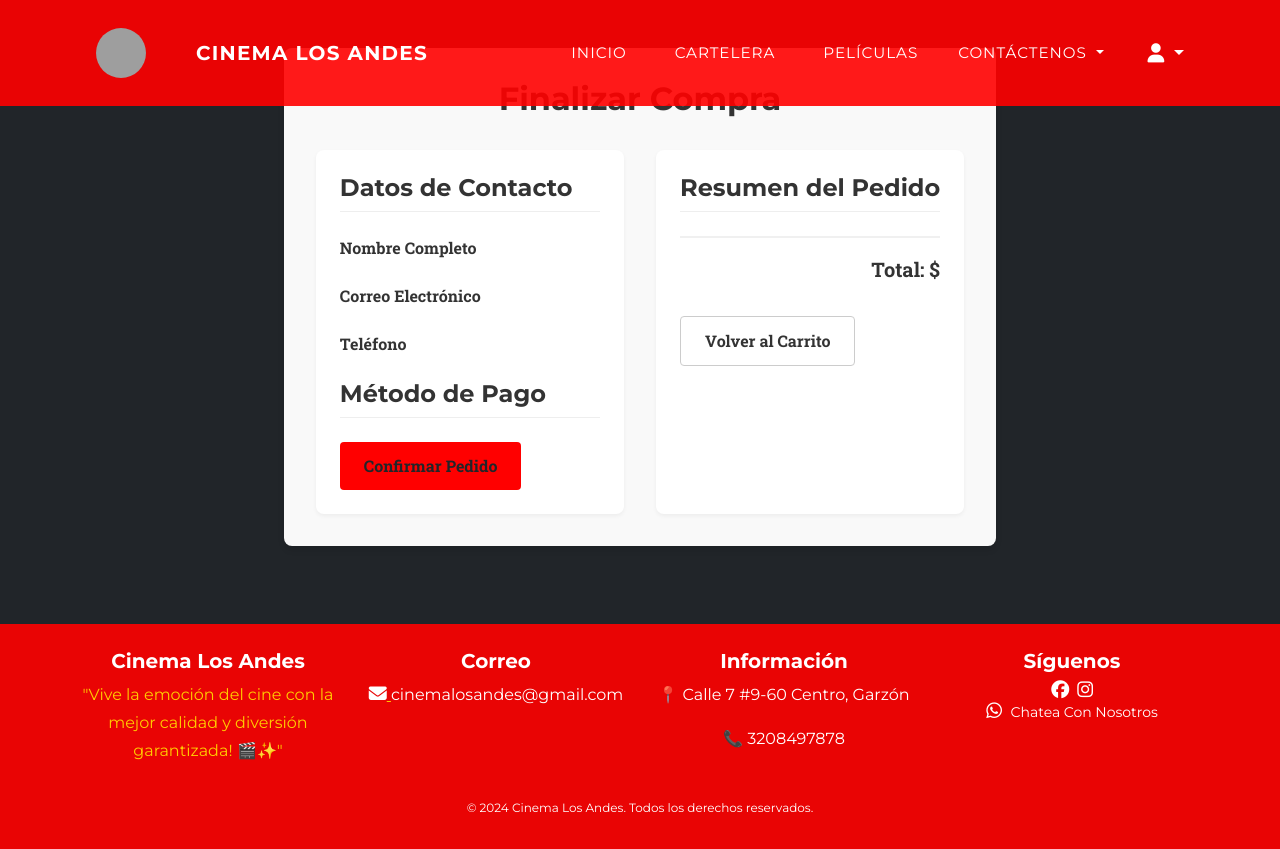
Repository: FelipeADSO/PROYECTO-SENA-FINAL
Page: cinema/templates/finalizar_compra.html
The author's editor kept a copy of each file at every save. The page is drawn from the files as they stood at one save, then again after the next save.
The browser window is 1280 px wide. The pictures show the whole page.
Pictures or frames that could not be fetched are drawn as grey boxes. Some web libraries are served in a nearby version. The template is drawn by Django 5.2. The application's start-up code is not run. The template is opened directly, without the code that normally fills it, so the values that code supplies are empty.

Above is the page before, as saved 2025-03-06 09:28:30.

After the next save:
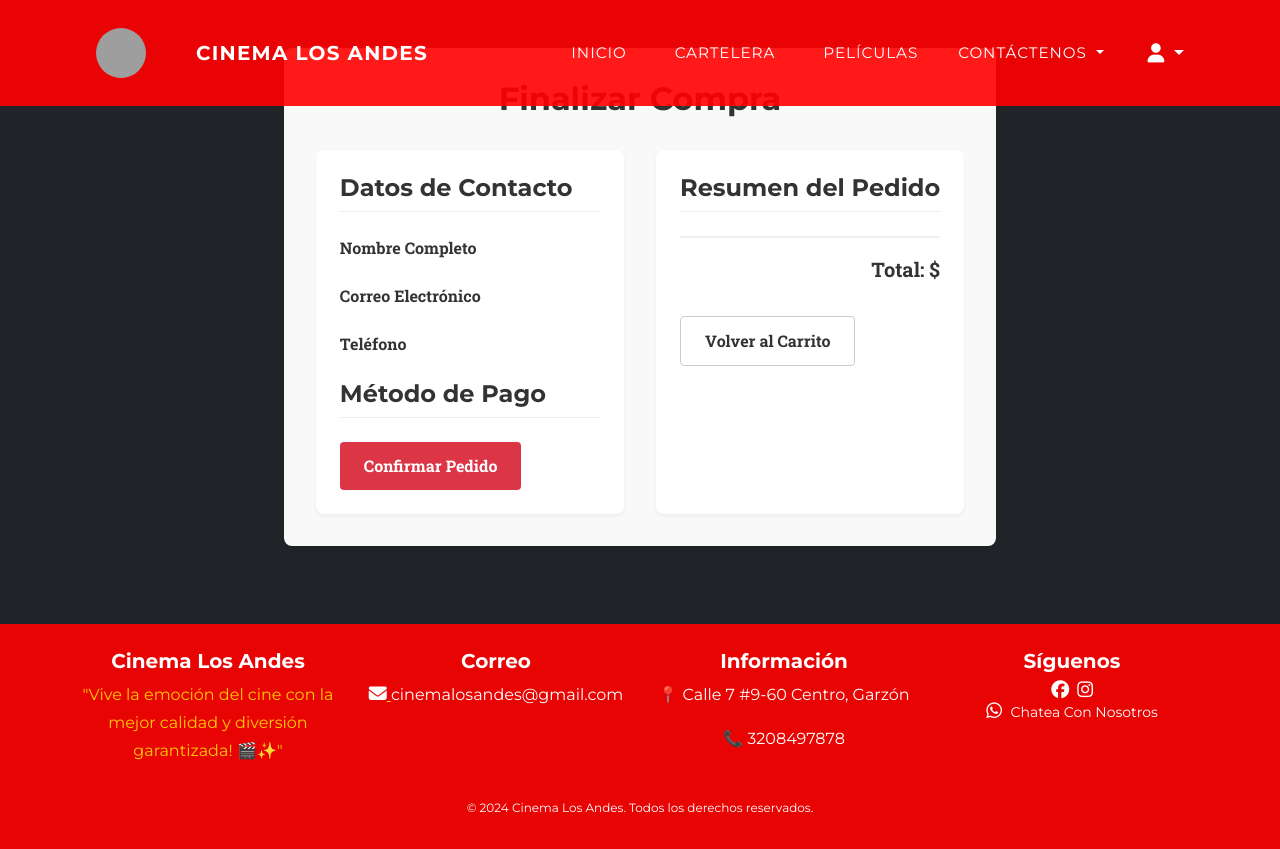
Saved 62 s later.
--- a/cinema/templates/finalizar_compra.html
+++ b/cinema/templates/finalizar_compra.html
@@ -209,7 +209,7 @@
                         {% endif %}
                     </div>
 
-                    <button type="submit" class="btn" style="background-color: red ;">
+                    <button type="submit" class="btn btn-danger">
                         Confirmar Pedido
                     </button>
                 </form>

After the save that followed:
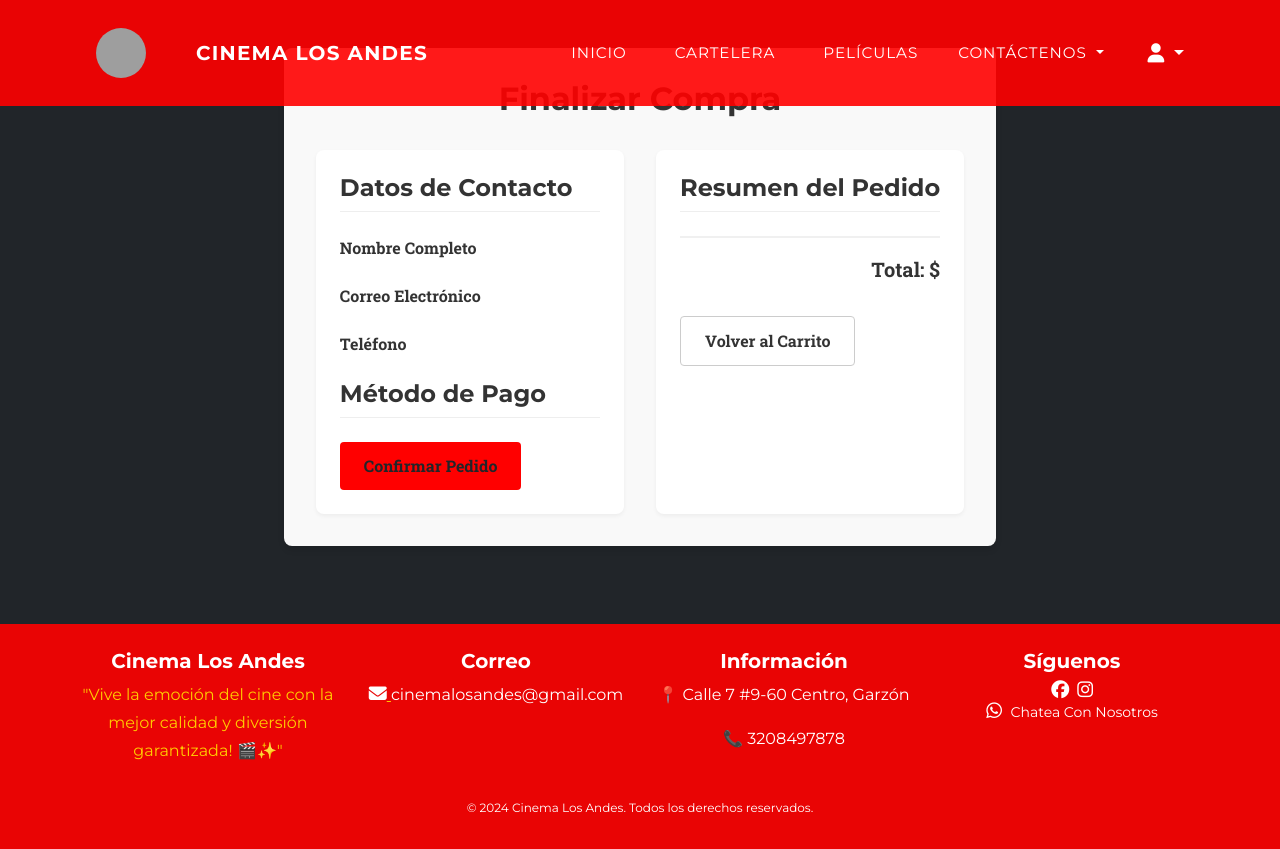
Saved 109 s later.
--- a/cinema/templates/finalizar_compra.html
+++ b/cinema/templates/finalizar_compra.html
@@ -209,9 +209,10 @@
                         {% endif %}
                     </div>
 
-                    <button type="submit" class="btn btn-danger">
+                    <button type="submit" class="btn" style="background-color: red;">
                         Confirmar Pedido
                     </button>
+
                 </form>
             </div>
 
